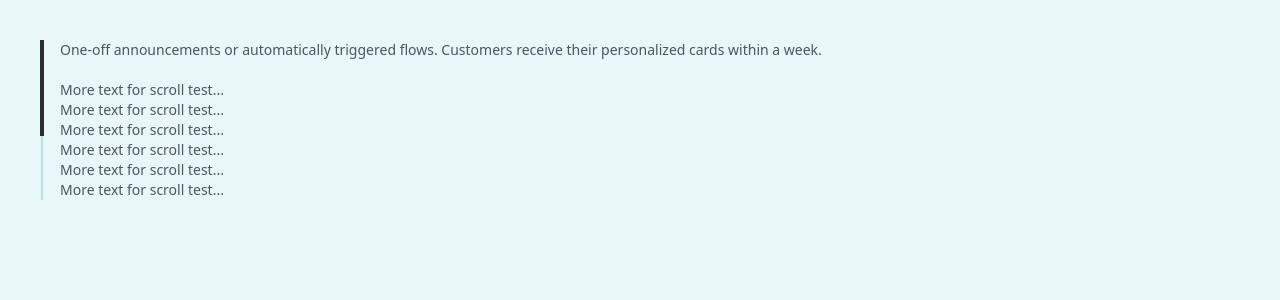
Repository: trusha97/postpilot
Page: scroll.html
An editor plug-in stored every save of this project. The page is shown before and after the next save, followed by the edit.
The browser window is 1280 px wide. The pictures show the whole page.
Some web libraries are served in a nearby version.

Above is the page before, as saved 2025-05-19 09:46:55.

### scroll.html
<!DOCTYPE html>
<html lang="en">
<head>
  <meta charset="UTF-8" />
  <meta name="viewport" content="width=device-width, initial-scale=1.0"/>
  <title>Scroll Based Line</title>
  <script src="https://cdn.tailwindcss.com"></script>
  <style>
    /* Custom Scrollbar */
    .custom-scroll::-webkit-scrollbar {
      width: 4px;
    }
    .custom-scroll::-webkit-scrollbar-thumb {
      background-color: #94d3ce;
      border-radius: 4px;
    }

    /* Dynamic Line Parts */
    .line-container {
      display: flex;
      flex-direction: column;
      align-items: center;
      height: 100%;
    }

    .line-top {
      background-color: #2d2d2d; /* black */
      width: 4px;
      height: 60%;
    }

    .line-bottom {
      background-color: #b2e4e4; /* light blue */
      width: 2px;
      flex-grow: 1;
    }
  </style>
</head>
<body class="bg-[#e8f8f8] p-10">

  <div class="flex space-x-4 h-40">
    <!-- Left Line -->
    <div class="line-container">
      <div class="line-top"></div>
      <div class="line-bottom"></div>
    </div>

    <!-- Scrollable Paragraph -->
    <div class="overflow-y-auto h-full text-sm text-gray-600 pr-2 custom-scroll w-full">
      One-off announcements or automatically triggered flows. Customers receive their personalized cards within a week.
      <br/><br/>
      More text for scroll test...<br/>
      More text for scroll test...<br/>
      More text for scroll test...<br/>
      More text for scroll test...<br/>
       More text for scroll test...<br/>
      More text for scroll test...<br/>
      More text for scroll test...<br/>
      More text for scroll test...<br/>
    </div>
  </div>

</body>
</html>

After the next save:
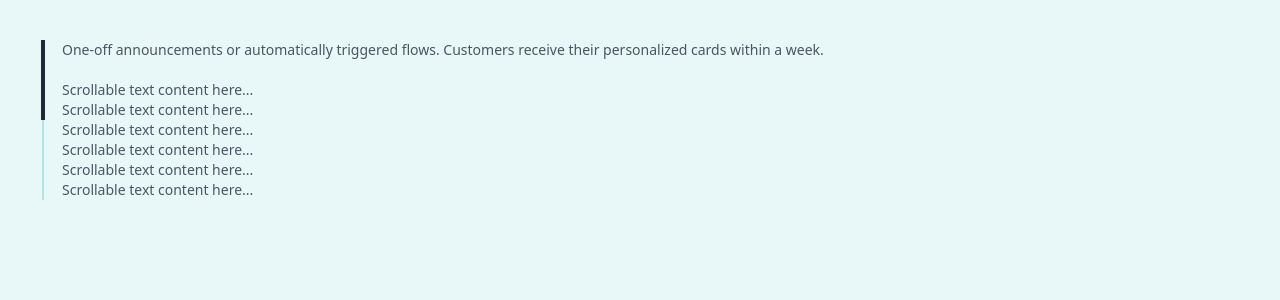
Saved 65 s later.
--- a/scroll.html
+++ b/scroll.html
@@ -3,10 +3,9 @@
 <head>
   <meta charset="UTF-8" />
   <meta name="viewport" content="width=device-width, initial-scale=1.0"/>
-  <title>Scroll Based Line</title>
+  <title>Scrolling Line with Paragraph</title>
   <script src="https://cdn.tailwindcss.com"></script>
   <style>
-    /* Custom Scrollbar */
     .custom-scroll::-webkit-scrollbar {
       width: 4px;
     }
@@ -14,49 +13,33 @@
       background-color: #94d3ce;
       border-radius: 4px;
     }
-
-    /* Dynamic Line Parts */
-    .line-container {
-      display: flex;
-      flex-direction: column;
-      align-items: center;
-      height: 100%;
-    }
-
-    .line-top {
-      background-color: #2d2d2d; /* black */
-      width: 4px;
-      height: 60%;
-    }
-
-    .line-bottom {
-      background-color: #b2e4e4; /* light blue */
-      width: 2px;
-      flex-grow: 1;
-    }
   </style>
 </head>
 <body class="bg-[#e8f8f8] p-10">
 
   <div class="flex space-x-4 h-40">
-    <!-- Left Line -->
-    <div class="line-container">
-      <div class="line-top"></div>
-      <div class="line-bottom"></div>
-    </div>
+    <!-- Scrollable container for both line and text -->
+    <div class="overflow-y-auto h-full flex space-x-4 custom-scroll w-full">
 
-    <!-- Scrollable Paragraph -->
-    <div class="overflow-y-auto h-full text-sm text-gray-600 pr-2 custom-scroll w-full">
-      One-off announcements or automatically triggered flows. Customers receive their personalized cards within a week.
-      <br/><br/>
-      More text for scroll test...<br/>
-      More text for scroll test...<br/>
-      More text for scroll test...<br/>
-      More text for scroll test...<br/>
-       More text for scroll test...<br/>
-      More text for scroll test...<br/>
-      More text for scroll test...<br/>
-      More text for scroll test...<br/>
+      <!-- Left scrollable line -->
+      <div class="flex flex-col items-center min-w-[6px]">
+        <div class="w-1 h-32 bg-gray-800"></div>
+        <div class="w-0.5 h-32 bg-[#b2e4e4]"></div>
+      </div>
+
+      <!-- Scrollable text -->
+      <div class="text-sm text-gray-600 pr-2 w-full">
+        One-off announcements or automatically triggered flows. Customers receive their personalized cards within a week.
+        <br /><br />
+        Scrollable text content here... <br />
+        Scrollable text content here... <br />
+        Scrollable text content here... <br />
+        Scrollable text content here... <br />
+        Scrollable text content here... <br />
+        Scrollable text content here... <br />
+        Scrollable text content here... <br />
+      </div>
+
     </div>
   </div>
 
